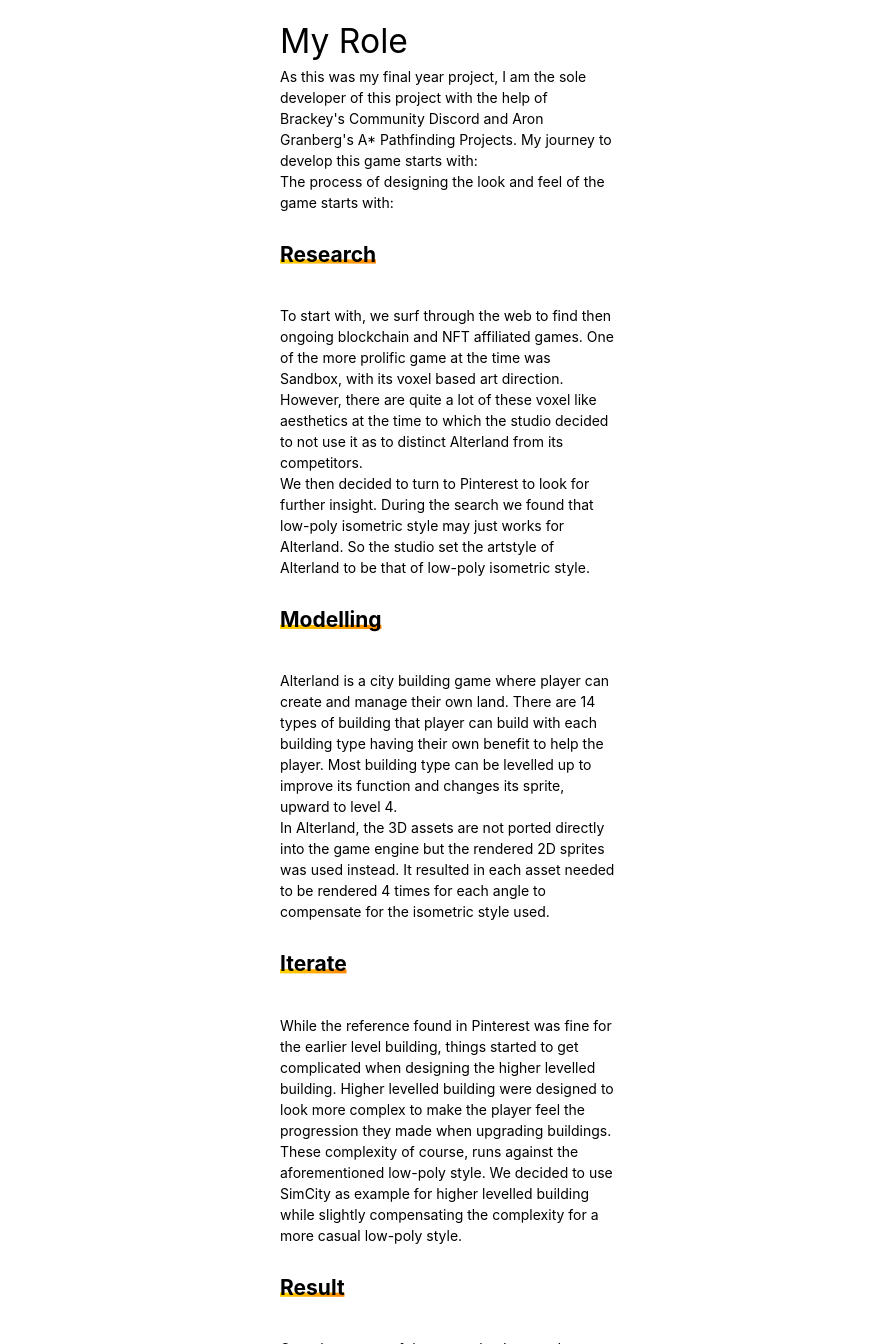
Repository: thortato/thortato.github.io
Page: /IntotheForest
The author's editor kept a copy of each file at every save. The page is drawn from the files as they stood at one save, then again after the next save.
The browser window is 1280 px wide. The pictures show the part of the page from y = 592 to 2512 px (the page is 2930 px tall before and 2870 px after), at 70% of full size.
The project was rebuilt for these pictures with package versions that can differ from the ones it lists, and the page was loaded fresh each time. Also part of the build but not shown: src/App.css, src/Components/Sidebar.css, src/Pages/Sidebar.js, src/Components/HeroImage.js, src/Pages/HeroSection.js, src/Pages/About.js, src/Components/Card.js, src/Pages/Works.js and 3 more.

Above is the page before, as saved 2023-10-03 12:46:55.

### public/index.html
<!DOCTYPE html>
<html lang="en">
  <head>
    <meta charset="utf-8" />
    <link rel="icon" href="%PUBLIC_URL%/favicon.ico" />
    <meta name="viewport" content="width=device-width, initial-scale=1" />
    <meta name="theme-color" content="#000000" />
    <meta
      name="description"
      content="Web site created using create-react-app"
    />
    <link rel="apple-touch-icon" href="%PUBLIC_URL%/logo192.png" />
    <!--
      manifest.json provides metadata used when your web app is installed on a
      user's mobile device or desktop. See https://developers.google.com/web/fundamentals/web-app-manifest/
    -->
    <link rel="manifest" href="%PUBLIC_URL%/manifest.json" />
    <!--
      Notice the use of %PUBLIC_URL% in the tags above.
      It will be replaced with the URL of the `public` folder during the build.
      Only files inside the `public` folder can be referenced from the HTML.

      Unlike "/favicon.ico" or "favicon.ico", "%PUBLIC_URL%/favicon.ico" will
      work correctly both with client-side routing and a non-root public URL.
      Learn how to configure a non-root public URL by running `npm run build`.
    -->
    <title>Javic's Portfolio Site</title>
  </head>
  <body>
    <noscript>You need to enable JavaScript to run this app.</noscript>
    <div id="root"></div>
    <!--
      This HTML file is a template.
      If you open it directly in the browser, you will see an empty page.

      You can add webfonts, meta tags, or analytics to this file.
      The build step will place the bundled scripts into the <body> tag.

      To begin the development, run `npm start` or `yarn start`.
      To create a production bundle, use `npm run build` or `yarn build`.
    -->
  </body>
</html>

### src/index.css


body {
  margin: 0;
  font-family: -apple-system, BlinkMacSystemFont, 'Segoe UI', 'Roboto', 'Oxygen',
    'Ubuntu', 'Cantarell', 'Fira Sans', 'Droid Sans', 'Helvetica Neue',
    sans-serif;
  -webkit-font-smoothing: antialiased;
  -moz-osx-font-smoothing: grayscale;
}

code {
  font-family: source-code-pro, Menlo, Monaco, Consolas, 'Courier New',
    monospace;
}

@tailwind base;
@tailwind components;
@tailwind utilities;
@import url('https://fonts.googleapis.com/css2?family=Inter:wght@400;600&display=swap');

### src/Pages/Works/Work_IntotheForest.js
import './works.css';
import { Link } from 'react-router-dom';
import ItFIllustration from './../../Assets/Image/ItFImage.jpg';

export function WorkIntotheForest() {

    return (
        <div>
        <div className="relative">
      {/* Image */}
      <img
        className="brightness-50 w-full md:h-96"
        src={ItFIllustration}
        alt="Hero Illustration"
      />

      {/* Text */}
      <div className="absolute top-8 md:top-32 left-0 right-0 text-center white-text font-bold">
        <h1>Into the Forest</h1>
        <p>2D Short Action RPG With AI Controller Companion</p>
        <p>October 2021 - April 2022</p>
      </div>
    </div>

      <div className="flex flex-col gap-10 px-5 md:px-[400px] mt-10">
        <div>
          <p>
          For my final year project as requirement to graduate from Universitas Sumatera Utara, I
                             decided to create a game with NPC companions to help player as I was inspired by the game
                             I was playing then, Dragon Age.
          </p>
        </div>

        <div>
          <h1>My Role</h1>
          <p>
            As this was my final year project, I am the sole developer of this project with the help
                    of Brackey's Community Discord and Aron Granberg's  A* Pathfinding Projects.  My journey to develop this game starts with:
          </p>
          <p>
            The process of designing the look and feel of the game starts with:
          </p>
        </div>
        <div>
          <h2 className="text-3xl font-bold md:mb-14">
            <span className="highlight">Research</span>
          </h2>
          <p>
            To start with, we surf through the web to find then ongoing
            blockchain and NFT affiliated games. One of the more prolific game
            at the time was Sandbox, with its voxel based art direction.
            However, there are quite a lot of these voxel like aesthetics at the
            time to which the studio decided to not use it as to distinct
            Alterland from its competitors.
          </p>
          <p>
            We then decided to turn to Pinterest to look for further insight.
            During the search we found that low-poly isometric style may just
            works for Alterland. So the studio set the artstyle of Alterland to
            be that of low-poly isometric style.
          </p>
        </div>
        <div>
          <h2 className="text-3xl font-bold md:mb-14">
            <span className="highlight">Modelling</span>
          </h2>
          <p>
            Alterland is a city building game where player can create and manage
            their own land. There are 14 types of building that player can build
            with each building type having their own benefit to help the player.
            Most building type can be levelled up to improve its function and
            changes its sprite, upward to level 4.
          </p>
          {/* <img src={LevelIllustration} alt="Level" className="p-5" /> */}
          <p>
            In Alterland, the 3D assets are not ported directly into the game
            engine but the rendered 2D sprites was used instead. It resulted in
            each asset needed to be rendered 4 times for each angle to
            compensate for the isometric style used.
          </p>
        </div>
        <div>
          <h2 className="text-3xl font-bold md:mb-14">
            <span className="highlight">Iterate</span>
          </h2>
          <p>
            While the reference found in Pinterest was fine for the earlier
            level building, things started to get complicated when designing the
            higher levelled building. Higher levelled building were designed to
            look more complex to make the player feel the progression they made
            when upgrading buildings.
          </p>
          <p>
            These complexity of course, runs against the aforementioned low-poly
            style. We decided to use SimCity as example for higher levelled
            building while slightly compensating the complexity for a more
            casual low-poly style.
          </p>
          {/* <img src={ComparisonIllustration} alt="Comparison" className="p-5" /> */}
        </div>
        <div>
          <h2 className="text-3xl font-bold md:mb-14">
            <span className="highlight">Result</span>
          </h2>
          <p>
            Over the course of three months, I created approximately 65 assets
            for the game, each crafted with shading, texturing and lighting
            effects. Additionally, I've also created six character portraits
            intended for in-game uses.
          </p>
          <p>
            However, as the hype surrounding NFTs and crypto dwindled down, this
            project was sadly suspended indefinitely. Nevertheless, as my first
            project I am grateful for the experience gained and the opportunity
            to enhance my 3D skills through my involvement in the Alterland
            project.
          </p>
          {/* <img src={MayorsIllustration} alt="Mayor" className="p-5 mb-20" /> */}
        </div>
      </div>
    </div>

        //     <div className='description-container'>
        //         <div className='section-column'>
        //             <div className='text-container'>
        //                 <p>For my final year project as requirement to graduate from Universitas Sumatera Utara, I
        //                     decided to create a game with NPC companions to help player as I was inspired by the game
        //                     I was playing then, Dragon Age.
        //                 </p>
        //             </div>
        //         </div>
        //         <div className='section-column'>
        //             <div className='text-container'>
        //                 <h1>My Role</h1>
        //                 <p>
        //                     As this was my final year project, I am the sole developer of this project with the help
        //                     of Brackey's Community Discord and Aron Granberg's  A* Pathfinding Projects.  My journey to develop this game starts with:
        //                 </p>

        //             </div>
        //         </div>
        //         <div className='section-column'>
        //             <div className='text-container'>
        //                 <h1><span className='underline'>Setup</span></h1>
        //                 <p>
        //                 As I was quite acquainted with Unity at the time, I decided to use Unity2D game engine as the base of my game development with VS Studio as my IDE.
        //                 I then setup a local github for version control. While Unity used to support Javascript (dubbed UnityScript), it was deprecated in favor of C#
        //                 which lead to the decision to use C# as the game's language.
        //                 </p>
        //             </div>
        //         </div>
        //         <div className='section-column'>
        //             <div className='text-container'>
        //                 <h1><span className='underline'>Designing</span></h1>
        //                 <p>
        //                 Before starting to code for the game, I need to design and set what the game is first.
        //                 The game was planned to be a top-down shooting game with NPC Companions that can provide help to the player while fighting enemies.
        //                 As the previous sentence entails, there are three type of units in the game, Player, NPC Companion, and Enemy.
        //                 Using the OOP concept, all of the units are based on the class Unit.
        //                 </p>
        //                 <h2>Unit</h2>
        //                 <p>Every unit are set to be able to:
        //                     <ul>
        //                         <li>Movement</li>
        //                         As the game has top-down camera view, Unit needs to be able to move in the horizontal and vertical direction.
        //                         <li>Attack</li>
        //                         Every Unit need to be able to attack based on their attack point.
        //                         <li>Health & Mana</li>
        //                         Every unit must has a healthbar and a manabar to represent their current state. If the healthbar reached zero, they are either destroyed or in player character case,game over screen.
        //                         <li>Field of View</li>
        //                         Field of view are a certain radius that every unit have, whether player character or NPC. While these FOV are not seen on the game result, it is seen when debugging the game in the form of gizmo.
        //                         These FOV are used to monitor whether if a unit is on a Battlestate or not. A battlestate happens when two unit's FOV with different tag(i.e. enemy and player) collided.  These FOV are the one
        //                         responsible to simulate an encounter-like state.
        //                     </ul>
        //                 </p>
        //                 <p>
        //                     After having all of their basics, each unit type have their own specialization that differ from each other according to their role.
        //                 </p>
        //                 <h2>Player</h2>
        //                 <p>
        //                     <ul>
        //                         <li>Movement</li>
        //                         Player Character's Movement is decided by player, using the WASD keys to move around two axis.
        //                         <li>Attack</li>
        //                         Player Character's Attack is decided by player, where player can uses melee attack using F key and ranged attack that uses Mana by clicking RMB.
        //                         <li>Health & Mana</li>
        //                         Player's health will decrease if attacked by enemies, and when it reached zero will prompt the game over screen to appear.
        //                         <li>Field of View</li>
        //                         Player's field of view works as to monitor if they are currently on battle state. When on battle state, player's mana can't regenerate.
        //                     </ul>
        //                 </p>
        //                 <h2>NPC Companion</h2>
        //                 <p>
        //                     <ul>
        //                         <li>Movement</li>
        //                         As NPC Companion is not controlled by player, they rely on pathfinding to navigate environment.
        //                         <li>Attack</li>
        //                         NPC Companion is able to use a basic attack and a skill attack. They can alternate between these two attack using fuzzy logic-based AI.
        //                         <li>Health & Mana</li>
        //                         NPC Companion's health will decrease if attacked by enemies and will be destroyed upon reaching zero. However moving to next stage will cause
        //                         NPC Companion to respawn back fully healed.
        //                         <li>Field of View</li>
        //                         NPC Companion's field of view works as way for the NPC Companion to sense the environment
        //                          and will make decision based on what is on their field of view. NPC Companion will immediately become hostile against enemy upon detecting them.

        //                     </ul>
        //                 </p>
        //                 <h2>Enemy</h2>
        //                 <p>
        //                     <ul>
        //                         <li>Movement</li>
        //                         Same as NPC Companion, they rely on pathfinding to navigate environment. However, they are able
        //                         to patrol if not on the FOV of Player or NPC Companions.
        //                         <li>Attack</li>
        //                         Enemy is only able to use basic attack.
        //                         <li>Health & Mana</li>
        //                         Enemy is have health and will be destroyed upon having their health reach zero.
        //                         <li>Field of View</li>
        //                         Enemy will immediately turn hostile upon detecting Player or NPC Companion.
        //                     </ul>
        //                 </p>
        //             </div>
        //         </div>
        //         <div className='section-column'>
        //             <div className='text-container'>
        //                 <h1><span className='underline'>Fuzzy Logic</span></h1>
        //                 <p>
        //                 As planned, I started to code after the design I set up before. However while coding it, one the core elements
        //                 for game, NPC Companion need to be controlled by an AI as they are ran parallel from player. One of the proposition I got
        //                 is to use Fuzzy Logic as the base of the AI. Fuzzy logic works to ease down the condition for the NPC companion to act.
        //                 Compared to a binary logic that reinforce on true or false, fuzzy logic ease it by having a spectrum between true or false
        //                 (think 0.8 on a scale of 0 to 1).
        //                 </p>
        //                 <p>
        //                 With that in mind, we can design the parameter to which how the NPC Companion will react.
        //                 </p>
        //             </div>
        //         </div>
        //         <div className='section-column'>
        //             <div className='text-container'>
        //                 <h1><span className='underline'>NPC Companion</span></h1>
        //                 <p>
        //                 The core of this game, NPC Companion are designed to help the player while fighting enemies. In this game,
        //                 Player are given three NPC Companions to help them, each with different role and skill. On the technical side,
        //                 the NPC Companion are able to alternate between the state of basic attack, skill, and run. These decision are made
        //                 using a ruleset that's ran through by the fuzzy logic, thus making it almost AI-like.
        //                 </p>
        //                 <p>
        //                     <ul>
        //                         <li>Healer</li>
        //                         The first NPC Companion that Player encountered, their basic attack is a ranged attack with
        //                         the ability to heal player when the situation calls for it.
        //                         <li>Warrior</li>
        //                         The second NPC Companion player encountered. Their basic attack is a melee attack with
        //                         the ability to Slash, dealing damage across multiple enemy in one instance of attack.
        //                         <li>Mage</li>
        //                         The final NPC Companion that player encounter. Their basic attack is a ranged attack
        //                         with the ability to freeze, spawning a freeze field that harms and slows the enemy on top
        //                         of it.
        //                     </ul>
        //                 </p>
        //             </div>
        //         </div>
        //         <div className='section-column'>
        //             <div className='text-container'>
        //                 <h1><span className='underline'>Result</span></h1>
        //                 <p>
        //                 After several months of development, both code and assets included, I am able to finish the game and
        //                 propose it as my final year project which yielded me an A for the grade and allow me to graduate from my university.
        //                 </p>
        //                 <p>You can try the game here:</p>
        //                 <p>https://thortates.itch.io/into-the-forest</p>
        //             </div>
        //         </div>
        //         <img className="image" src={ItFIllustration} alt="Epilogue" />



        //     </div>



        // </div>
    );
}

### src/Pages/Works/works.css
.hero-banner{
    height: 25rem;
    width: 100vw;
    filter: brightness(50%);
}

.text{
    position: absolute;
    top: 0;
    bottom: 0;
    left: 0;
    right: 0;
    display: flex;
    align-items: center;
    color: #f2f2f2;
    flex-direction: column;
    filter: drop-shadow(10px 10px 10px #404040);
}

.text > h1{
    font-size: 6rem;
    margin-bottom: 0px;
}

.text > p{
    font-size: 1rem;
    margin: 0px auto;

}


.description-container{
    display: flex;
    flex-direction: column;
    justify-content: center;
    align-items: center;

}

.text-container{
    display: flex;
    flex-direction: column;
    padding: 0 6rem;
    justify-content: center;
    /* align-items: center; */
    /* flex: 7; */

}

/* .section-row{
    display: flex;
    flex-direction: row;
    justify-items: center;
    height: auto;
    padding: 10px;
    width: 1000px;
} */

.section-column{
    display: flex;
    flex-direction: column;
    justify-content: center;
    height: auto;
    padding: 10px;
    width: 60rem;
}

.image{
    margin: 5rem;
    z-index: 5;
}

.work-header{
    position: relative;
}

.highlight{
    background-image: linear-gradient(120deg, #ffd500 0%, #ff8605 100%);
    background-repeat: no-repeat;
    background-size: 100% 0.2em;
    background-position: 0 88%;
}

.white-text{
    color: white;
}

Loaded but not shown: src/reportWebVitals.js (common file); src/ScrolltoTop.js (common file); src/App.js (32 lines, source omitted); src/index.js (21 lines, source omitted); src/Pages/Footer.js (24 lines, source omitted); tailwind.config.js (17 lines, source omitted); src/Components/Content.css (458 lines, source omitted)

After the next save:
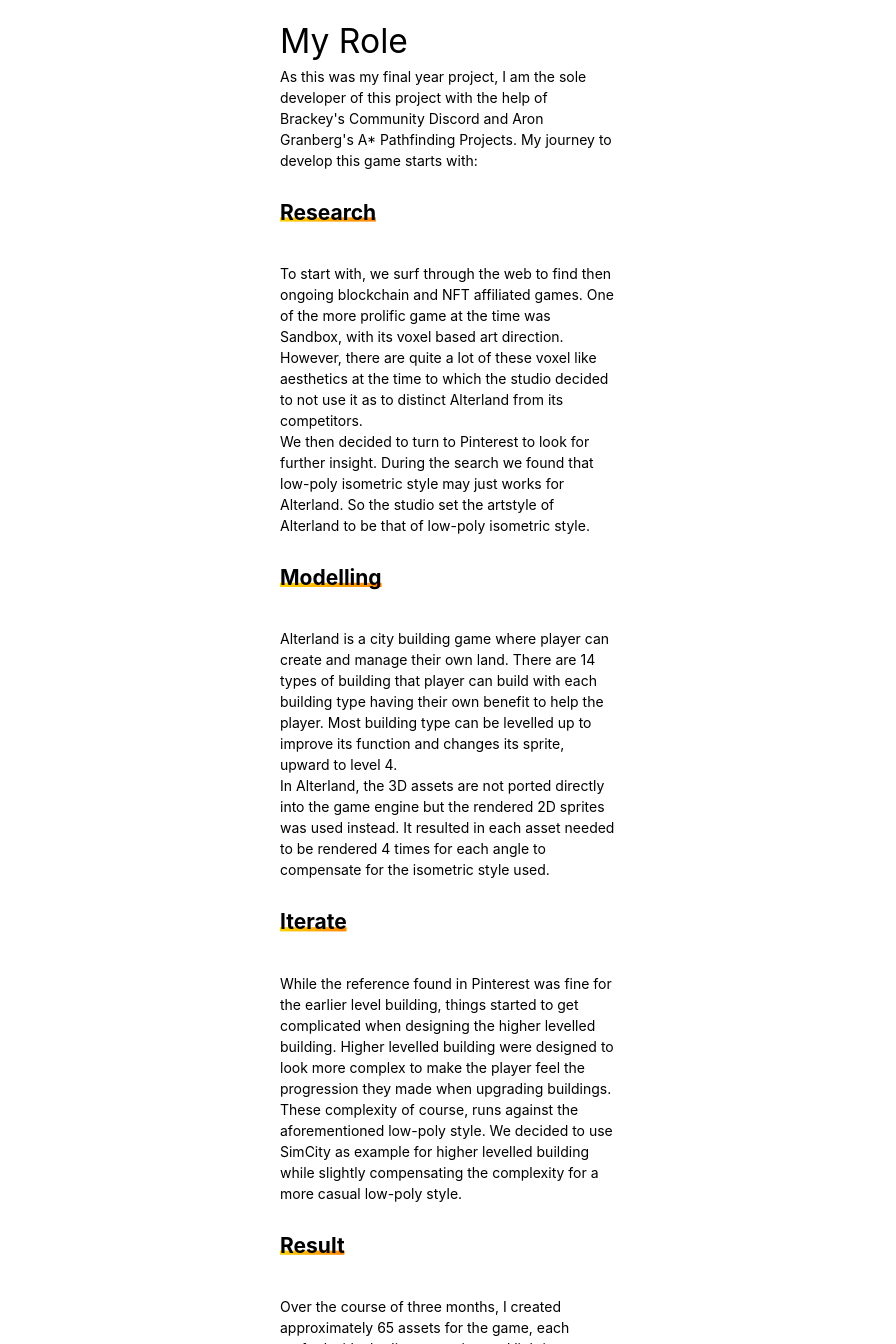
Saved 6 s later.
--- a/src/Pages/Works/Work_IntotheForest.js
+++ b/src/Pages/Works/Work_IntotheForest.js
@@ -36,9 +36,6 @@
           <p>
             As this was my final year project, I am the sole developer of this project with the help
                     of Brackey's Community Discord and Aron Granberg's  A* Pathfinding Projects.  My journey to develop this game starts with:
-          </p>
-          <p>
-            The process of designing the look and feel of the game starts with:
           </p>
         </div>
         <div>
